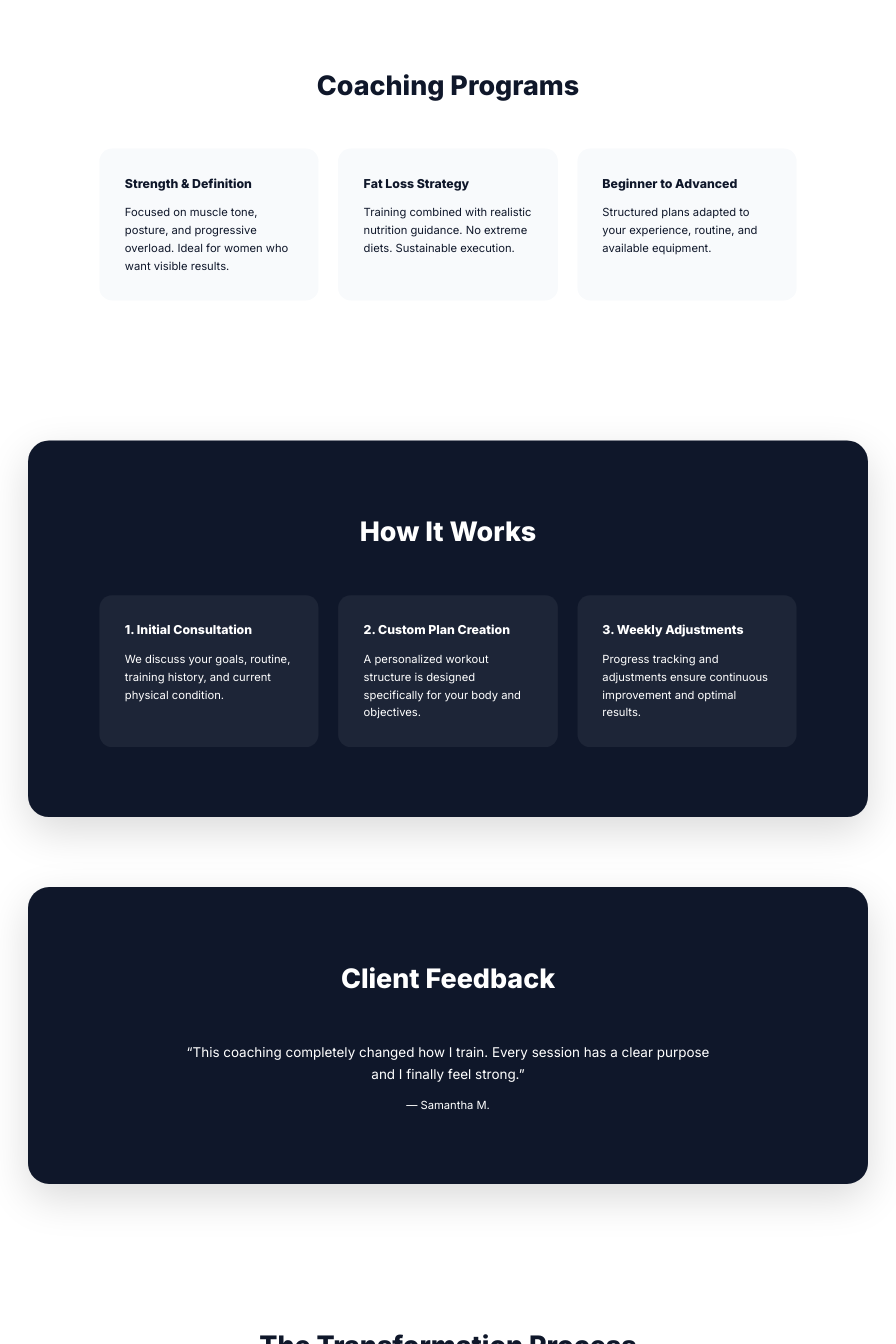
Repository: davidfsillva/Hailey-Reed-Coaching
Page: index.html
The author's editor kept a copy of each file at every save. The page is drawn from the files as they stood at one save, then again after the next save.
The browser window is 1280 px wide. The pictures show the part of the page from y = 1235 to 3155 px (the page is 5223 px tall), at 70% of full size.

Above is the page before, as saved 2026-02-11 18:15:43.

### index.html
<!DOCTYPE html>
<html lang="en">
<head>
  <meta charset="UTF-8" />
  <meta name="viewport" content="width=device-width, initial-scale=1.0" />
  <title>Personal Trainer | Online Coaching</title>
  <link rel="stylesheet" href="style.css" />
  <link rel="preconnect" href="https://fonts.googleapis.com">
  <link rel="preconnect" href="https://fonts.gstatic.com" crossorigin>
  <link href="https://fonts.googleapis.com/css2?family=Inter:wght@400;600;800&display=swap" rel="stylesheet">
</head>
<body>

<header class="hero">
  <nav class="nav">
    <h1 class="logo">Hailey Reed</h1>
    <div class="nav-links">
      <a href="#programs">Programs</a>
      <a href="#results">Results</a>
      <a href="#contact">Contact</a>
    </div>
  </nav>

  <img class="hero-img" src="img/Photoroom_20260211_45117 PM.png" alt="Trainer" />

  <div class="hero-gradient"></div>

  <div class="hero-content">
    <div class="hero-text">
      <h2 class="hero-title">
        Stronger.<br>
        Healthier.<br>
        Focused.
      </h2>
      <p>
        Evidence-based training designed for women who <br>
        want real strength, visible definition, and long-term <br>
        consistency — without wasting time.
      </p>
      <div class="cta-group">
        <a href="https://wa.me/5599999999999" target="_blank" class="btn primary">
          WhatsApp Consultation
        </a>
      </div>
    </div>

    <div class="hero-card">
      <span class="tag">Online Coaching</span>
      <h3>Personalized Training System</h3>
      <p>
        Custom workouts, progress tracking, weekly adjustments
        and direct communication with me.
      </p>
    </div>
  </div>
</header>

<!-- ABOUT SECTION -->
<section class="section">
  <h3>About Hailey</h3>
  <div class="testimonial">
    <p>
      With over 8 years of experience in strength training and female body
      recomposition, I specialize in helping women build confidence through
      structured and science-based training.
    </p>
    <p>
      My philosophy is simple: smart programming, proper execution,
      and long-term sustainability. No extremes. Just real results.
    </p>
  </div>
</section>

<section id="programs" class="section">
  <h3>Coaching Programs</h3>

  <div class="cards">
    <div class="card">
      <h4>Strength & Definition</h4>
      <p>
        Focused on muscle tone, posture, and progressive overload.
        Ideal for women who want visible results.
      </p>
    </div>

    <div class="card">
      <h4>Fat Loss Strategy</h4>
      <p>
        Training combined with realistic nutrition guidance.
        No extreme diets. Sustainable execution.
      </p>
    </div>

    <div class="card">
      <h4>Beginner to Advanced</h4>
      <p>
        Structured plans adapted to your experience, routine,
        and available equipment.
      </p>
    </div>
  </div>
</section>

<!-- HOW IT WORKS -->
<section class="section dark">
  <h3>How It Works</h3>

  <div class="cards">
    <div class="card">
      <h4>1. Initial Consultation</h4>
      <p>
        We discuss your goals, routine, training history,
        and current physical condition.
      </p>
    </div>

    <div class="card">
      <h4>2. Custom Plan Creation</h4>
      <p>
        A personalized workout structure is designed
        specifically for your body and objectives.
      </p>
    </div>

    <div class="card">
      <h4>3. Weekly Adjustments</h4>
      <p>
        Progress tracking and adjustments ensure continuous
        improvement and optimal results.
      </p>
    </div>
  </div>
</section>

<section id="results" class="section dark">
  <h3>Client Feedback</h3>

  <div class="testimonial">
    <p>
      “This coaching completely changed how I train.
      Every session has a clear purpose and I finally feel strong.”
    </p>
    <span>— Samantha M.</span>
  </div>
</section>

<!-- TRANSFORMATION PROCESS -->
<section class="section">
  <h3>The Transformation Process</h3>

  <div class="testimonial">
    <p>
      Sustainable transformation is not about intensity —
      it's about consistency.
    </p>
    <p>
      Through progressive overload, intelligent recovery,
      and realistic nutrition, we create measurable and lasting results.
    </p>
  </div>
</section>

<!-- FAQ -->
<section class="section">
  <h3>Frequently Asked Questions</h3>

  <div class="cards">
    <div class="card">
      <h4>Do I need gym access?</h4>
      <p>
        Not necessarily. Programs can be adapted for home training
        with minimal equipment.
      </p>
    </div>

    <div class="card">
      <h4>Is nutrition included?</h4>
      <p>
        Yes. You receive structured guidance focused on sustainable habits,
        not restrictive diets.
      </p>
    </div>

    <div class="card">
      <h4>How long until I see results?</h4>
      <p>
        Most clients notice strength improvements within weeks
        and visible body changes within 8–12 weeks.
      </p>
    </div>
  </div>
</section>

<section id="contact" class="section">
  <h3>Start Your Training</h3>
  <p class="contact-text">
    If you’re serious about improving your body composition
    and performance, let’s talk.
  </p>

  <div class="cta-group center">
    <a href="https://wa.me/5599999999999" target="_blank" class="btn primary">
      Message on WhatsApp
    </a>
    <a href="https://instagram.com/seuinstagram" target="_blank" class="btn secondary">
      Visit Instagram
    </a>
  </div>
</section>

<!-- FINAL CTA SECTION -->
<section class="section dark">
  <div class="testimonial">
    <h3>Ready to Transform?</h3>
    <p>
      Your strongest, healthiest version starts with a decision.
      Let’s build it together.
    </p>
    <div class="cta-group center">
      <a href="https://wa.me/5599999999999" target="_blank" class="btn primary">
        Apply for Coaching
      </a>
    </div>
  </div>
</section>

<footer class="footer">
  <p>© 2026 FitFlow Coaching. All rights reserved.</p>
</footer>

<script src="script.js"></script>
</body>
</html>

### style.css
:root {
  --pink: #f07aa5;
  --blue: #2e8bc0;
  --dark: #0f172a;
  --light: #ffffff;
  --muted: #cbd5e1;
}

/* ================= RESET ================= */
* {
  margin: 0;
  padding: 0;
  box-sizing: border-box;
  font-family: 'Inter', sans-serif;
}

body {
  background: var(--light);
  color: var(--dark);
  line-height: 1.6;
}

/* ================= HERO ================= */
.hero {
  position: relative;
  min-height: 100vh;
  padding: 32px 8%;
  color: white;
  overflow: hidden;
}

/* IMAGEM */
.hero-img {
  position: absolute;
  top: 50%;
  left: 50%;
  transform: translate(-50%, -50%);
  width: 60%;
  max-width: 500px;
  height: auto;
  z-index: 2;
}

/* GRADIENTE */
.hero-gradient {
  position: absolute;
  inset: 0;
  background: linear-gradient(
    120deg,
    rgba(240,122,165,0.85),
    rgba(46,139,192,0.85)
  );
  z-index: 1;
}

/* CONTEÚDO */
.hero-content {
  position: relative;
  z-index: 5;
}

/* TEXTO */
.hero-text {
  display: flex;
  flex-direction: column;
  justify-content: center;
  height: 85vh;
  max-width: 550px;
}

.hero-title {
  font-size: clamp(2.8rem, 5vw, 4.5rem);
  line-height: 1.05;
  margin-bottom: 24px;
}

.hero-text p {
  max-width: 480px;
  font-size: 1rem;
  color: #f1f5f9;
}

/* BLUR INFERIOR */
.hero::after {
  content: "";
  position: absolute;
  bottom: 0;
  left: 0;
  width: 100%;
  height: 120px;
  backdrop-filter: blur(6px);
  -webkit-backdrop-filter: blur(6px);
  mask-image: linear-gradient(to top, black 40%, transparent 100%);
  pointer-events: none;
  z-index: 3;
}

/* ================= BOTÕES ================= */
.cta-group {
  display: flex;
  gap: 16px;
  margin-top: 32px;
  flex-wrap: wrap;
}

.btn {
  padding: 14px 26px;
  border-radius: 999px;
  font-weight: 600;
  text-decoration: none;
  transition: 0.3s ease;
  display: inline-block;
}

.btn.primary {
  background: white;
  color: var(--dark);
}

.btn.secondary {
  border: 1px solid white;
  color: white;
}

.btn:hover {
  transform: translateY(-3px);
}

/* ================= HERO CARD ================= */
.hero-card {
  position: absolute;
  top: 42%;
  right: 8%;
  width: 300px;
  background: rgba(255,255,255,0.15);
  backdrop-filter: blur(18px);
  padding: 32px;
  border-radius: 20px;
  z-index: 4;
}

.hero-card {
  position: absolute;
  top: 42%;
  right: 3%;
  width: 300px;
}



.hero-card h3 {
  margin: 12px 0;
}

/* ================= NAVBAR ================= */
.nav {
  position: relative;
  z-index: 10;
  display: flex;
  justify-content: space-between;
  align-items: center;
}

.logo {
  font-weight: 800;
  font-size: 1.4rem;
}

.nav-links a {
  position: relative;
  color: white;
  margin-left: 24px;
  text-decoration: none;
  font-weight: 500;
  padding-bottom: 4px;
}

.nav-links a::after {
  content: "";
  position: absolute;
  left: 0;
  bottom: 0;
  width: 0%;
  height: 2px;
  background: white;
  transition: width 0.3s ease;
}

.nav-links a:hover::after {
  width: 100%;
}

/* ================= SECTIONS ================= */
.section {
  padding: 100px 8%;
  max-width: 1200px;
  margin: auto;
}

.section h3 {
  font-size: 2.4rem;
  margin-bottom: 60px;
  text-align: center;
}

.cards {
  display: grid;
  grid-template-columns: repeat(auto-fit, minmax(260px, 1fr));
  gap: 28px;
}

.card {
  background: #f8fafc;
  padding: 36px;
  border-radius: 18px;
  transition: 0.3s ease;
}

.card:hover {
  transform: translateY(-6px);
}

.card h4 {
  margin-bottom: 14px;
  font-size: 1.1rem;
}

/* ================= DARK SECTIONS ================= */
.dark {
  background: #0f172a;
  border-radius: 30px;
  color: white;
  margin: 100px auto;
  padding: 100px 8%;
  box-shadow: 0 20px 60px rgba(0,0,0,0.15);
}


.dark .card {
  background: rgba(255,255,255,0.06);
  color: white;
}

.dark .card:hover {
  background: rgba(255,255,255,0.1);
}

/* ================= TESTIMONIAL ================= */
.testimonial {
  max-width: 750px;
  margin: auto;
  text-align: center;
}

.testimonial p {
  font-size: 1.2rem;
  margin-bottom: 16px;
}

.contact-text {
  text-align: center;
  max-width: 520px;
  margin: 0 auto 32px;
}

.center {
  justify-content: center;
}

/* ================= FOOTER ================= */
.footer {
  padding: 32px;
  text-align: center;
  background: #020617;
  color: var(--muted);
  font-size: 0.85rem;
}

/* ================= RESPONSIVE ================= */
@media (max-width: 1024px) {

  .hero-card {
    position: relative;
    top: unset;
    right: unset;
    margin-top: 40px;
    width: 100%;
    max-width: 400px;
  }

  .hero-text {
    height: auto;
    text-align: center;
    margin-top: 80px;
  }

  .hero-text p {
    margin: auto;
  }

  .hero-img {
    width: 75%;
  }
}

@media (max-width: 768px) {

  .nav {
    flex-direction: column;
    gap: 16px;
  }

  .nav-links a {
    margin-left: 0;
  }

  .hero-img {
    width: 90%;
  }

  .hero-title {
    font-size: 2.4rem;
  }

  .section {
    padding: 80px 6%;
  }
}

@media (max-width: 480px) {

  .hero {
    padding: 24px 6%;
  }

  .btn {
    width: 100%;
    text-align: center;
  }

  .cta-group {
    flex-direction: column;
  }
}

### script.js
// ===============================
// SMOOTH SCROLL
// ===============================
document.querySelectorAll('a[href^="#"]').forEach(anchor => {
  anchor.addEventListener('click', function (e) {
    e.preventDefault();
    document.querySelector(this.getAttribute('href'))
      .scrollIntoView({ behavior: 'smooth' });
  });
});


// ===============================
// NAVBAR SCROLL EFFECT
// ===============================
const nav = document.querySelector(".nav");

window.addEventListener("scroll", () => {
  if (window.scrollY > 50) {
    nav.style.background = "rgba(15, 23, 42, 0.85)";
    nav.style.backdropFilter = "blur(10px)";
    nav.style.padding = "16px 8%";
    nav.style.transition = "0.3s ease";
  } else {
    nav.style.background = "transparent";
    nav.style.backdropFilter = "none";
    nav.style.padding = "0";
  }
});


// ===============================
// SCROLL REVEAL EFFECT
// ===============================
const revealElements = document.querySelectorAll(".section, .card, .testimonial");

const revealOnScroll = () => {
  const triggerBottom = window.innerHeight * 0.85;

  revealElements.forEach(el => {
    const elementTop = el.getBoundingClientRect().top;

    if (elementTop < triggerBottom) {
      el.style.opacity = "1";
      el.style.transform = "translateY(0)";
    }
  });
};

// Estado inicial
revealElements.forEach(el => {
  el.style.opacity = "0";
  el.style.transform = "translateY(40px)";
  el.style.transition = "all 0.8s ease";
});

window.addEventListener("scroll", revealOnScroll);
window.addEventListener("load", revealOnScroll);


// ===============================
// HERO IMAGE PARALLAX
// ===============================
const heroImg = document.querySelector(".hero-img");

window.addEventListener("scroll", () => {
  let scrollPosition = window.scrollY;
  heroImg.style.transform = `translate(-50%, calc(-50% + ${scrollPosition * 0.15}px))`;
});


// ===============================
// BUTTON FADE-IN ON LOAD
// ===============================
window.addEventListener("load", () => {
  const buttons = document.querySelectorAll(".btn");

  buttons.forEach((btn, index) => {
    btn.style.opacity = "0";
    btn.style.transform = "translateY(20px)";
    btn.style.transition = "all 0.6s ease";

    setTimeout(() => {
      btn.style.opacity = "1";
      btn.style.transform = "translateY(0)";
    }, 400 + index * 200);
  });
});


// ===============================
// CARD HOVER GLOW EFFECT
// ===============================
const cards = document.querySelectorAll(".card");

cards.forEach(card => {
  card.addEventListener("mousemove", (e) => {
    const rect = card.getBoundingClientRect();
    const x = e.clientX - rect.left;
    const y = e.clientY - rect.top;

    card.style.background = `
      radial-gradient(circle at ${x}px ${y}px,
      rgba(240,122,165,0.15),
      rgba(255,255,255,0.03))
    `;
  });

  card.addEventListener("mouseleave", () => {
    card.style.background = "";
  });
});

After the next save:
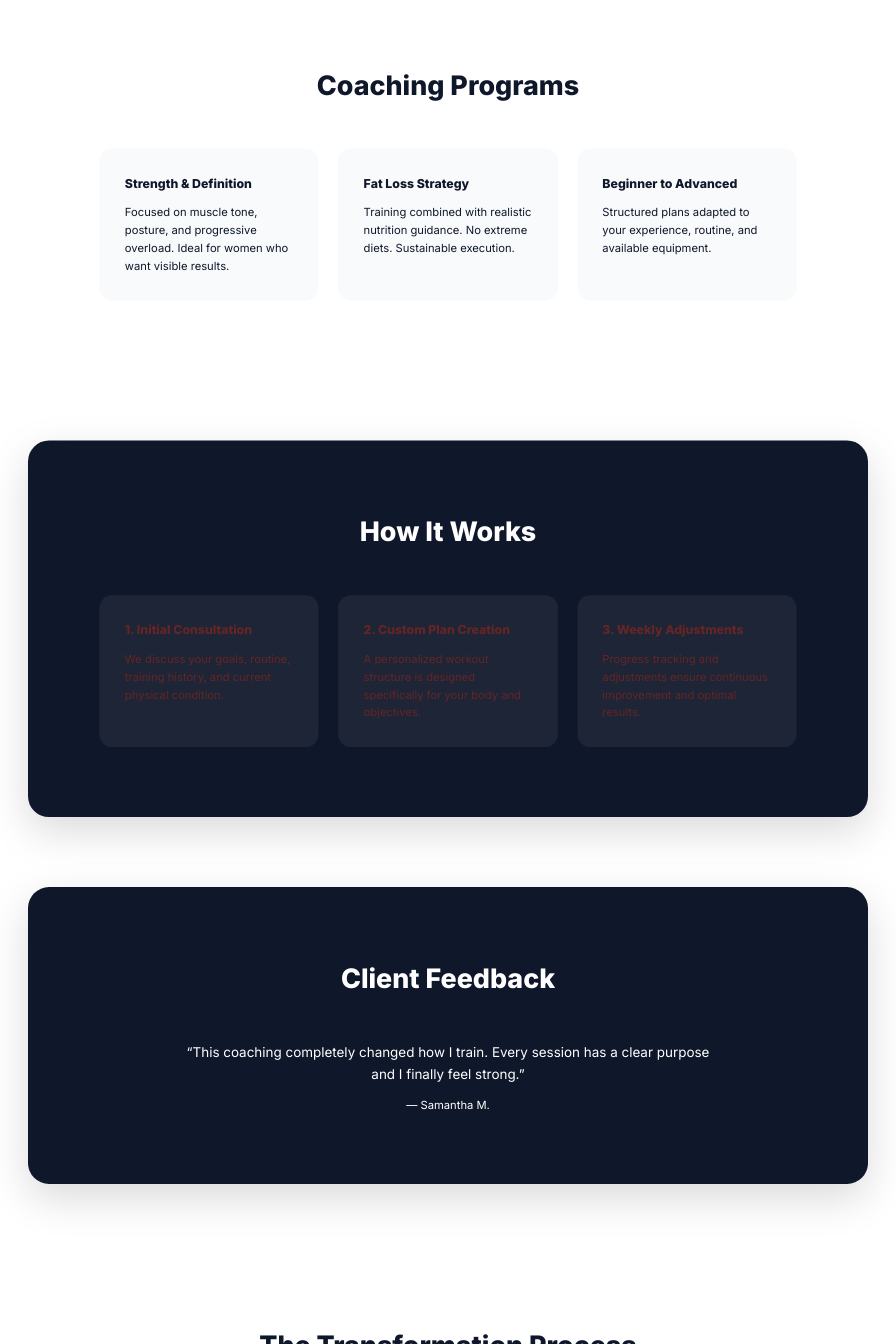
Saved 45 s later.
--- a/style.css
+++ b/style.css
@@ -238,7 +238,7 @@
 
 .dark .card {
   background: rgba(255,255,255,0.06);
-  color: white;
+  color: rgb(102, 37, 37);
 }
 
 .dark .card:hover {

After the save that followed:
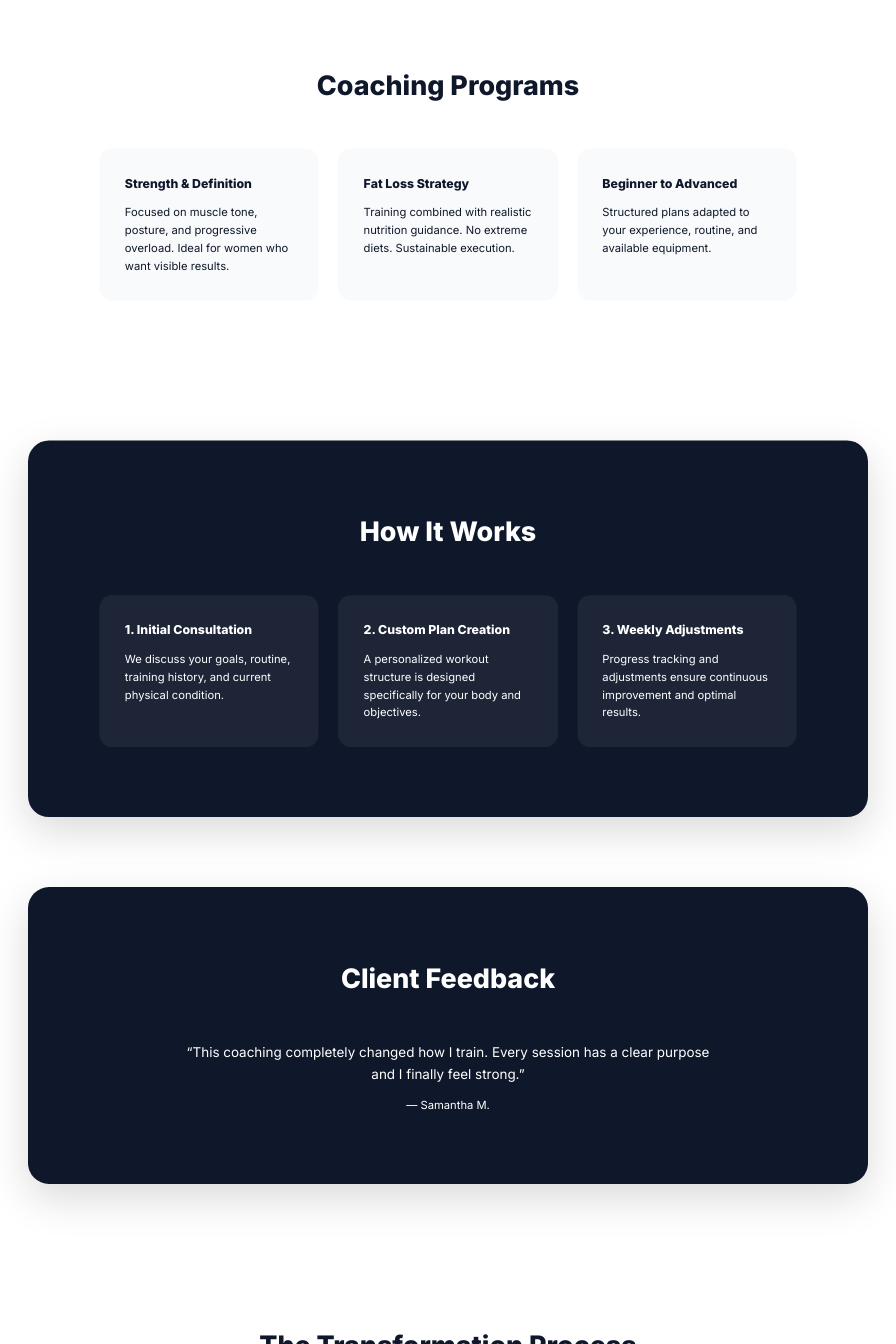
Saved 8 s later.
--- a/style.css
+++ b/style.css
@@ -238,7 +238,7 @@
 
 .dark .card {
   background: rgba(255,255,255,0.06);
-  color: rgb(102, 37, 37);
+  color: white;
 }
 
 .dark .card:hover {
